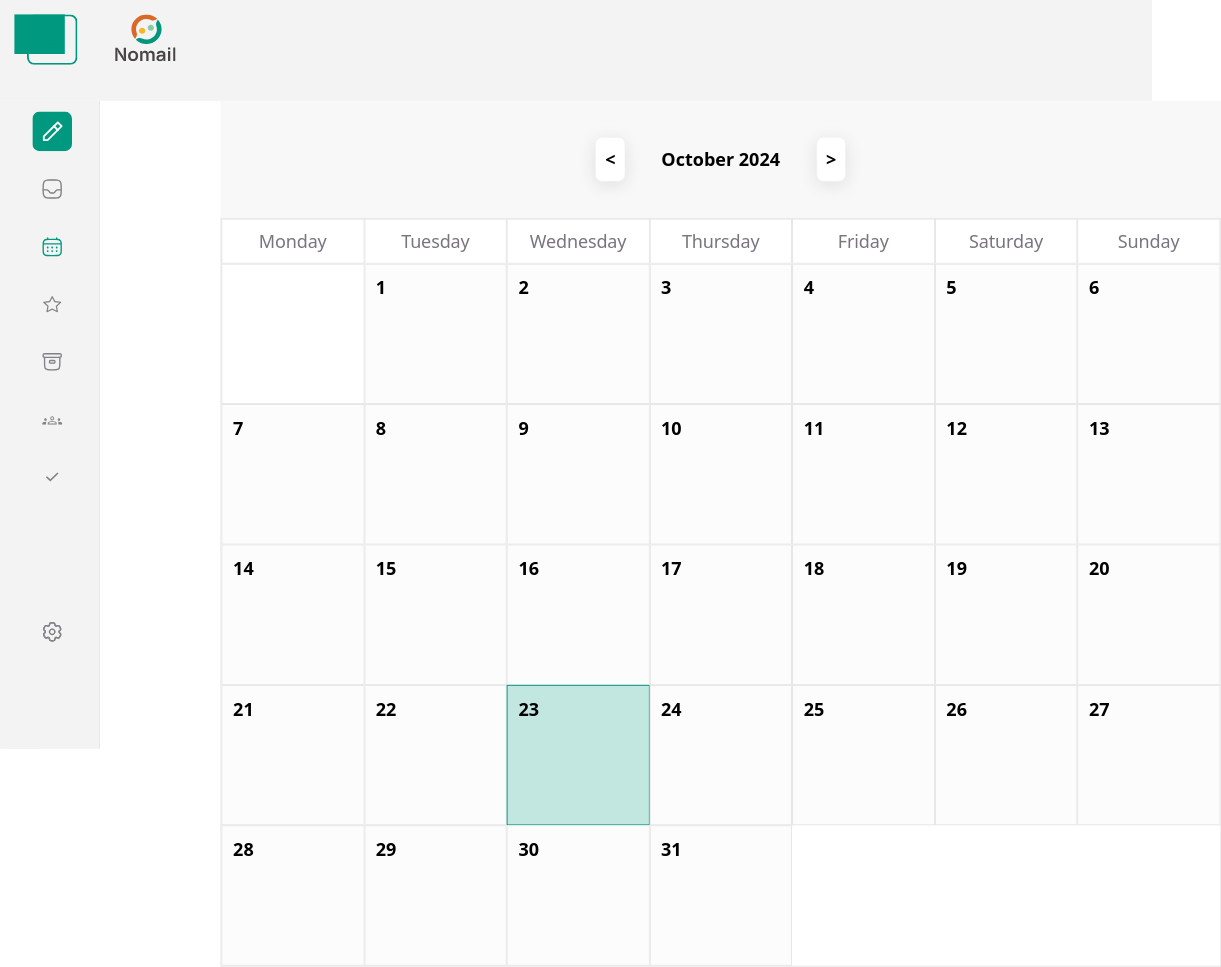
Repository: Tofigkh1/Nomail-App
Page: /calendar
These files come from the project's save history. The page is drawn as it stood at one moment and after the next save; the edit follows.
The browser window is 1280 px wide. The page is 1357 px wide, then 1280 px, so the pictures cover 1357 px, including what lies to the right of the window. The pictures show the whole page, at 90% of full size.
The project was rebuilt for these pictures with package versions that can differ from the ones it lists, and the page was loaded fresh each time. The framework's server and built-in components were replaced by stand-ins that run in the browser. Also part of the build but not shown: next.config.mjs, components/shared/svg/calendarSvg.jsx.

Above is the page before, as saved 2024-10-23 03:24:49.

### app/layout.tsx
import type { Metadata } from "next";
import localFont from "next/font/local";
import "./Styles/globals.css";
import Header from "@/components/shared/client/Header/header";

const geistSans = localFont({
  src: "./fonts/GeistVF.woff",
  variable: "--font-geist-sans",
  weight: "100 900",
});
const geistMono = localFont({
  src: "./fonts/GeistMonoVF.woff",
  variable: "--font-geist-mono",
  weight: "100 900",
});

export const metadata: Metadata = {
  title: "Create Next App",
  description: "Generated by create next app",
};

export default function RootLayout({
  children,
}: Readonly<{
  children: React.ReactNode;
}>) {
  return (
    <html lang="en">
      <body
        className={`${geistSans.variable} ${geistMono.variable} antialiased`}
      >
        {children}

      </body>
    </html>
  );
}

### app/Styles/globals.css
@tailwind base;
@tailwind components;
@tailwind utilities;


.App {
  font-family: sans-serif;
  text-align: center;
}


:root {
  --background: #ffffff;
  --foreground: #171717;
}

@media (prefers-color-scheme: dark) {
  :root {
    --background: #0a0a0a;
    --foreground: #ededed;
  }
}


@layer utilities {
  .text-balance {
    text-wrap: balance;
  }
}

### components/shared/client/Header/header.tsx
import { useContext } from "react";
import { SidebarContext } from '../SideBarMenu/sideBarMenu'; // Import context
import NomailLogo from "@/components/shared/svg/headerlLogoSvg";
import HamburgerBtnSvg from "../../svg/hamburgerBtnSvg"



export default function Header() {

    const { expanded, setExpanded } = useContext(SidebarContext); // Access context

    return (
        <div className="flex items-center justify-between p-4 bg-headerColor text-white">
            <div className='w-auto h-20 flex gap-14'>

                <div>
                    <button onClick={() => setExpanded(!expanded)}
                            className="pl-3.5 bg-textColorGreen hover:bg-clientButtonGreen w-14 h-11">
                        <HamburgerBtnSvg/>
                    </button>
                </div>

                <div>
                    <NomailLogo/>
                </div>


            </div>
        </div>
    );
}

### components/shared/client/SideBarMenu/sideBarMenu.tsx
import React, { useState, useContext, ReactNode } from "react";
import { ChevronFirst, ChevronLast } from "lucide-react";

export const SidebarContext = React.createContext<{ expanded: boolean; setExpanded: (expanded: boolean) => void; }>({
    expanded: false,
    setExpanded: () => {},
});

// Sidebar component now depends on context for state
export default function Sidebar({ children }: { children: ReactNode }) {
    const { expanded, setExpanded } = useContext(SidebarContext);

    return (
        <aside className="h-screen bg-headerColor">
            <nav
                className={`h-full flex flex-col bg-headerColor border-r border-whiteLight3 transition-all duration-200 ease-in-out ml-3 ${expanded ? "w-[127%] h-[130%] " : "w-[99px]"}`}>

                <ul className=" flex-1 px-3">{children}</ul>
            </nav>
        </aside>
    );
}

// SidebarItem component for individual items inside the sidebar
type SidebarItemProps = {
    icon: ReactNode;   // Icon to display in the sidebar item
    text: string;      // Text to display in the sidebar item
    active: boolean;   // Boolean to determine if the item is active (highlighted)
    onClick: () => void; // Add onClick function to handle clicks
    style?: React.CSSProperties;
};

export function SidebarItem({icon, text, active, onClick,style}: SidebarItemProps) {
    const context = useContext(SidebarContext); // Sidebar context to manage expanded/collapsed state
    const {expanded} = context!;

    return (
        <li
            onClick={onClick} // Attach the click handler here
            style={style}
            className={`group relative flex items-center py-2 px-3 my-1 font-medium rounded-md cursor-pointer duration-300 ease-in-out transition-colors
          ${
                active
                    ? " text-mainRedLight " // Active item style
                    : " text-gray-600 " // Hover style for non-active items
            }`}
        >

            <span className="text-xl transition-all duration-300 ease-in-out">
        {icon}
      </span>

            {/* Text büyütüldü ve boşluk artırıldı */}
            {expanded && (
                <span className="ml-4 text-xl text-black transition-all duration-300 ease-in-out ">
          {text}
        </span>
            )}

            {/* Navbar kapalıyken hover ile çıkan isimler için arka plan yeşil yapıldı */}
            {!expanded && (
                <span
                    className={` absolute left-full whitespace-nowrap bg-textColorGreen text-white rounded-md py-1 px-2 transition-all duration-300 ease-in-out ml-2 opacity-0 group-hover:opacity-100`}
                >
          {text}
        </span>
            )}
        </li>
    );
}

### components/shared/svg/newMail.jsx
'use client'
export default function  newMail(){
    return(
        <>
            <svg width="44" height="44" viewBox="0 0 44 44" fill="none" xmlns="http://www.w3.org/2000/svg">
                <rect width="44" height="44" rx="8" fill="#00987F"/>
                <path fill-rule="evenodd" clip-rule="evenodd"
                      d="M27.5115 11.2439C27.902 10.8534 28.5351 10.8534 28.9257 11.2438L33.1687 15.4863C33.3562 15.6739 33.4616 15.9282 33.4616 16.1935C33.4616 16.4587 33.3562 16.7131 33.1687 16.9006L17.6122 32.4571C17.4247 32.6446 17.1703 32.75 16.9051 32.75H12.6626C12.1103 32.75 11.6626 32.3023 11.6626 31.75V27.5075C11.6626 27.2423 11.768 26.9879 11.9555 26.8004L27.5115 11.2439ZM28.2187 13.3652L13.6626 27.9217V30.75H16.4909L31.0473 16.1935L28.2187 13.3652Z"
                      fill="white"/>
                <path fill-rule="evenodd" clip-rule="evenodd"
                      d="M23.269 15.4864C23.6595 15.0959 24.2927 15.0959 24.6832 15.4864L28.9257 19.7289C29.3162 20.1194 29.3162 20.7526 28.9257 21.1431C28.5352 21.5336 27.902 21.5336 27.5115 21.1431L23.269 16.9006C22.8784 16.5101 22.8784 15.8769 23.269 15.4864Z"
                      fill="white"/>
            </svg>


        </>
    )
}

### components/shared/svg/FavoritesSvg.jsx
'use client'
export default function  favoritesSvg(){
    return(
        <>
            <svg width="44" height="44" viewBox="0 0 44 44" fill="none" xmlns="http://www.w3.org/2000/svg">
                <path
                    d="M15.5808 30.2201C15.4833 30.7528 16.0307 31.1692 16.5132 30.9316L22.0006 28.2246L27.4868 30.9316C27.9693 31.1692 28.5168 30.7528 28.4193 30.2213L27.3818 24.5457L31.7842 20.5188C32.1967 20.142 31.9842 19.4533 31.4317 19.3789L25.3093 18.5438L22.5794 13.3517C22.5274 13.2465 22.4453 13.1576 22.3428 13.0953C22.2402 13.0331 22.1214 13 22 13C21.8787 13 21.7598 13.0331 21.6573 13.0953C21.5547 13.1576 21.4727 13.2465 21.4206 13.3517L18.6907 18.545L12.5683 19.3801C12.0171 19.4545 11.8033 20.1432 12.2146 20.52L16.6182 24.5469L15.5808 30.2225V30.2201ZM21.7119 26.8999L17.1045 29.1725L17.972 24.4245C17.9928 24.3152 17.9852 24.2026 17.9496 24.0969C17.914 23.9911 17.8517 23.8955 17.7682 23.8185L14.1358 20.4948L19.2007 19.8037C19.3054 19.788 19.4046 19.7484 19.4901 19.6883C19.5756 19.6281 19.6448 19.5492 19.6919 19.4581L21.9981 15.0688L24.3068 19.4581C24.354 19.5492 24.4232 19.6281 24.5086 19.6883C24.5941 19.7484 24.6934 19.788 24.7981 19.8037L29.863 20.4936L26.2306 23.8173C26.1469 23.8944 26.0844 23.9903 26.0488 24.0962C26.0133 24.2022 26.0057 24.315 26.0268 24.4245L26.8943 29.1725L22.2869 26.8999C22.1979 26.8555 22.0991 26.8324 21.9988 26.8324C21.8985 26.8324 21.8009 26.8555 21.7119 26.8999Z"
                    fill="#A4A4A9"/>
                <path
                    d="M15.5808 30.2201C15.4833 30.7528 16.0307 31.1692 16.5132 30.9316L22.0006 28.2246L27.4868 30.9316C27.9693 31.1692 28.5168 30.7528 28.4193 30.2213L27.3818 24.5457L31.7842 20.5188C32.1967 20.142 31.9842 19.4533 31.4317 19.3789L25.3093 18.5438L22.5794 13.3517C22.5274 13.2465 22.4453 13.1576 22.3428 13.0953C22.2402 13.0331 22.1214 13 22 13C21.8787 13 21.7598 13.0331 21.6573 13.0953C21.5547 13.1576 21.4727 13.2465 21.4206 13.3517L18.6907 18.545L12.5683 19.3801C12.0171 19.4545 11.8033 20.1432 12.2146 20.52L16.6182 24.5469L15.5808 30.2225V30.2201ZM21.7119 26.8999L17.1045 29.1725L17.972 24.4245C17.9928 24.3152 17.9852 24.2026 17.9496 24.0969C17.914 23.9911 17.8517 23.8955 17.7682 23.8185L14.1358 20.4948L19.2007 19.8037C19.3054 19.788 19.4046 19.7484 19.4901 19.6883C19.5756 19.6281 19.6448 19.5492 19.6919 19.4581L21.9981 15.0688L24.3068 19.4581C24.354 19.5492 24.4232 19.6281 24.5086 19.6883C24.5941 19.7484 24.6934 19.788 24.7981 19.8037L29.863 20.4936L26.2306 23.8173C26.1469 23.8944 26.0844 23.9903 26.0488 24.0962C26.0133 24.2022 26.0057 24.315 26.0268 24.4245L26.8943 29.1725L22.2869 26.8999C22.1979 26.8555 22.0991 26.8324 21.9988 26.8324C21.8985 26.8324 21.8009 26.8555 21.7119 26.8999Z"
                    fill="black" fill-opacity="0.2"/>
            </svg>


        </>
    )
}

### components/shared/svg/ArchiveSvg.jsx
'use client'
export default function archiveSvg(){
    return(
        <>
            <svg width="44" height="44" viewBox="0 0 44 44" fill="none" xmlns="http://www.w3.org/2000/svg">
                <path
                    d="M19 22C19 21.534 19 21.301 19.076 21.117C19.1777 20.8725 19.3723 20.6783 19.617 20.577C19.801 20.5 20.034 20.5 20.5 20.5H23.5C23.966 20.5 24.199 20.5 24.383 20.576C24.6275 20.6777 24.8217 20.8723 24.923 21.117C25 21.301 25 21.534 25 22C25 22.466 25 22.699 24.924 22.883C24.8223 23.1275 24.6277 23.3217 24.383 23.423C24.199 23.5 23.966 23.5 23.5 23.5H20.5C20.034 23.5 19.801 23.5 19.617 23.424C19.3725 23.3223 19.1783 23.1277 19.077 22.883C19 22.699 19 22.466 19 22Z"
                    stroke="#A4A4A9" stroke-width="1.5"/>
                <path
                    d="M19 22C19 21.534 19 21.301 19.076 21.117C19.1777 20.8725 19.3723 20.6783 19.617 20.577C19.801 20.5 20.034 20.5 20.5 20.5H23.5C23.966 20.5 24.199 20.5 24.383 20.576C24.6275 20.6777 24.8217 20.8723 24.923 21.117C25 21.301 25 21.534 25 22C25 22.466 25 22.699 24.924 22.883C24.8223 23.1275 24.6277 23.3217 24.383 23.423C24.199 23.5 23.966 23.5 23.5 23.5H20.5C20.034 23.5 19.801 23.5 19.617 23.424C19.3725 23.3223 19.1783 23.1277 19.077 22.883C19 22.699 19 22.466 19 22Z"
                    stroke="black" stroke-opacity="0.2" stroke-width="1.5"/>
                <path
                    d="M30.5 17V23C30.5 26.771 30.5 28.657 29.328 29.828C28.157 31 26.271 31 22.5 31H21.5C17.729 31 15.843 31 14.672 29.828C13.5 28.657 13.5 26.771 13.5 23V17"
                    stroke="#A4A4A9" stroke-width="1.5" stroke-linecap="round"/>
                <path
                    d="M30.5 17V23C30.5 26.771 30.5 28.657 29.328 29.828C28.157 31 26.271 31 22.5 31H21.5C17.729 31 15.843 31 14.672 29.828C13.5 28.657 13.5 26.771 13.5 23V17"
                    stroke="black" stroke-opacity="0.2" stroke-width="1.5" stroke-linecap="round"/>
                <path
                    d="M12 15C12 14.057 12 13.586 12.293 13.293C12.586 13 13.057 13 14 13H30C30.943 13 31.414 13 31.707 13.293C32 13.586 32 14.057 32 15C32 15.943 32 16.414 31.707 16.707C31.414 17 30.943 17 30 17H14C13.057 17 12.586 17 12.293 16.707C12 16.414 12 15.943 12 15Z"
                    stroke="#A4A4A9" stroke-width="1.5"/>
                <path
                    d="M12 15C12 14.057 12 13.586 12.293 13.293C12.586 13 13.057 13 14 13H30C30.943 13 31.414 13 31.707 13.293C32 13.586 32 14.057 32 15C32 15.943 32 16.414 31.707 16.707C31.414 17 30.943 17 30 17H14C13.057 17 12.586 17 12.293 16.707C12 16.414 12 15.943 12 15Z"
                    stroke="black" stroke-opacity="0.2" stroke-width="1.5"/>
            </svg>

        </>
    )
}

### components/shared/svg/TodoSvg.jsx
'use client'
export default function  todoSvg(){
    return(
        <>
            <svg width="44" height="44" viewBox="0 0 44 44" fill="none" xmlns="http://www.w3.org/2000/svg">
                <path d="M19.8957 27L15 22.2599L16.2239 21.0748L19.8957 24.6299L27.7761 17L29 18.185L19.8957 27Z"
                      fill="#A4A4A9"/>
                <path d="M19.8957 27L15 22.2599L16.2239 21.0748L19.8957 24.6299L27.7761 17L29 18.185L19.8957 27Z"
                      fill="black" fill-opacity="0.2"/>
            </svg>

        </>
    )
}

### components/shared/svg/calendarActiveSvg.jsx
'use client'
export default function  calendarActiveSvg(){
    return(
        <>



     <svg width="44" height="44" viewBox="0 0 44 44" fill="none" xmlns="http://www.w3.org/2000/svg">
<path fill-rule="evenodd" clip-rule="evenodd" d="M15.711 14.8898C14.7049 15.0251 14.1254 15.2789 13.7026 15.7021C13.2793 16.125 13.0251 16.7049 12.8898 17.711C12.7516 18.7386 12.75 20.0933 12.75 22V24C12.75 25.9067 12.7516 27.2614 12.8898 28.289C13.0251 29.2951 13.2789 29.8746 13.7021 30.2974C14.125 30.7207 14.7049 30.9749 15.711 31.1102C16.7386 31.2484 18.0933 31.25 20 31.25H24C25.9067 31.25 27.2614 31.2484 28.289 31.1102C29.2951 30.9749 29.8746 30.7211 30.2974 30.2979C30.7207 29.875 30.9749 29.2951 31.1102 28.289C31.2484 27.2614 31.25 25.9067 31.25 24V22C31.25 20.0933 31.2484 18.7386 31.1102 17.711C30.9749 16.7049 30.7211 16.1254 30.2979 15.7026C29.875 15.2793 29.2951 15.0251 28.289 14.8898C27.2614 14.7516 25.9067 14.75 24 14.75H20C18.0933 14.75 16.7386 14.7516 15.711 14.8898ZM19.9436 13.25H24.0564C25.8941 13.25 27.3497 13.25 28.489 13.4032C29.6612 13.5608 30.6101 13.893 31.3581 14.6414C32.1069 15.3896 32.4391 16.3386 32.5968 17.511C32.75 18.6503 32.75 20.1059 32.75 21.9436V24.0565C32.75 25.8941 32.75 27.3498 32.5968 28.489C32.4391 29.6613 32.1069 30.6102 31.3583 31.3583C30.6102 32.1069 29.6613 32.4391 28.489 32.5968C27.3498 32.75 25.8941 32.75 24.0565 32.75H19.9436C18.1059 32.75 16.6503 32.75 15.511 32.5968C14.3386 32.4391 13.3896 32.1069 12.6414 31.3581C11.893 30.6101 11.5608 29.6612 11.4032 28.489C11.25 27.3497 11.25 25.8941 11.25 24.0564V21.9436C11.25 20.1059 11.25 18.6503 11.4032 17.511C11.5609 16.3387 11.8931 15.3898 12.6417 14.6417C13.3898 13.8931 14.3387 13.5609 15.511 13.4032C16.6503 13.25 18.1059 13.25 19.9436 13.25Z" fill="#00987F"/>
<path fill-rule="evenodd" clip-rule="evenodd" d="M17 11.75C17.4142 11.75 17.75 12.0858 17.75 12.5V14C17.75 14.4142 17.4142 14.75 17 14.75C16.5858 14.75 16.25 14.4142 16.25 14V12.5C16.25 12.0858 16.5858 11.75 17 11.75ZM27 11.75C27.4142 11.75 27.75 12.0858 27.75 12.5V14C27.75 14.4142 27.4142 14.75 27 14.75C26.5858 14.75 26.25 14.4142 26.25 14V12.5C26.25 12.0858 26.5858 11.75 27 11.75ZM11.75 19C11.75 18.5858 12.0858 18.25 12.5 18.25H31.5C31.9142 18.25 32.25 18.5858 32.25 19C32.25 19.4142 31.9142 19.75 31.5 19.75H12.5C12.0858 19.75 11.75 19.4142 11.75 19Z" fill="#00987F"/>
<path d="M28 27C28 27.2652 27.8946 27.5196 27.7071 27.7071C27.5196 27.8946 27.2652 28 27 28C26.7348 28 26.4804 27.8946 26.2929 27.7071C26.1054 27.5196 26 27.2652 26 27C26 26.7348 26.1054 26.4804 26.2929 26.2929C26.4804 26.1054 26.7348 26 27 26C27.2652 26 27.5196 26.1054 27.7071 26.2929C27.8946 26.4804 28 26.7348 28 27ZM28 23C28 23.2652 27.8946 23.5196 27.7071 23.7071C27.5196 23.8946 27.2652 24 27 24C26.7348 24 26.4804 23.8946 26.2929 23.7071C26.1054 23.5196 26 23.2652 26 23C26 22.7348 26.1054 22.4804 26.2929 22.2929C26.4804 22.1054 26.7348 22 27 22C27.2652 22 27.5196 22.1054 27.7071 22.2929C27.8946 22.4804 28 22.7348 28 23ZM23 27C23 27.2652 22.8946 27.5196 22.7071 27.7071C22.5196 27.8946 22.2652 28 22 28C21.7348 28 21.4804 27.8946 21.2929 27.7071C21.1054 27.5196 21 27.2652 21 27C21 26.7348 21.1054 26.4804 21.2929 26.2929C21.4804 26.1054 21.7348 26 22 26C22.2652 26 22.5196 26.1054 22.7071 26.2929C22.8946 26.4804 23 26.7348 23 27ZM23 23C23 23.2652 22.8946 23.5196 22.7071 23.7071C22.5196 23.8946 22.2652 24 22 24C21.7348 24 21.4804 23.8946 21.2929 23.7071C21.1054 23.5196 21 23.2652 21 23C21 22.7348 21.1054 22.4804 21.2929 22.2929C21.4804 22.1054 21.7348 22 22 22C22.2652 22 22.5196 22.1054 22.7071 22.2929C22.8946 22.4804 23 22.7348 23 23ZM18 27C18 27.2652 17.8946 27.5196 17.7071 27.7071C17.5196 27.8946 17.2652 28 17 28C16.7348 28 16.4804 27.8946 16.2929 27.7071C16.1054 27.5196 16 27.2652 16 27C16 26.7348 16.1054 26.4804 16.2929 26.2929C16.4804 26.1054 16.7348 26 17 26C17.2652 26 17.5196 26.1054 17.7071 26.2929C17.8946 26.4804 18 26.7348 18 27ZM18 23C18 23.2652 17.8946 23.5196 17.7071 23.7071C17.5196 23.8946 17.2652 24 17 24C16.7348 24 16.4804 23.8946 16.2929 23.7071C16.1054 23.5196 16 23.2652 16 23C16 22.7348 16.1054 22.4804 16.2929 22.2929C16.4804 22.1054 16.7348 22 17 22C17.2652 22 17.5196 22.1054 17.7071 22.2929C17.8946 22.4804 18 22.7348 18 23Z" fill="#00987F"/>
</svg>



        </>
    )
}

### components/shared/svg/hamburgerBtnSvg.jsx
'use client'
export default function  HamburgerBtnSvg(){
    return(
        <>
            <svg width="56" height="56" viewBox="0 0 56 56" fill="none" xmlns="http://www.w3.org/2000/svg">
                <rect x="1" y="1" width="54" height="54" rx="7" stroke="#00987F" stroke-width="2"/>
                <path d="M19 22H37V24H19V22ZM19 27H37V29H19V27ZM19 32H37V34H19V32Z" fill="#00987F"/>
            </svg>


        </>
    )
}

### components/shared/client/Calendar/Calendar.css
.calendar-container {
    width: 90%;
    background-color: #f8f8f8;
    color: black;
    margin: 0 auto;
    margin-left: 200px;
  }

  .calendar-header {
    display: flex;
    justify-content: center;
    align-items: center;
    gap: 40px;
    padding: 40px 0;
  }

  .calendar-header button {
    background-color: white;
    color: black;
    border-radius: 8px;
    border: 1px solid #f2f2f7;
    padding: 10px;
    cursor: pointer;
    box-shadow: 0px 4px 20px 0px rgba(0, 0, 0, 0.1);
  }

  .calendar-header span {
    font-weight: bold;
  }

  .calendar-grid {
    display: grid;
    grid-template-columns: repeat(7, 1fr);
    justify-content: center;
    align-items: center;
    border: 1px solid #e5e5e5;
    background-color: #fff;
  }

  .calendar-day-name {
    font-size: 20px;
    font-style: normal;
    font-weight: 400;
    letter-spacing: -0.15px;
    color: #79747e;
    padding: 10px;
    border: 1px solid #e5e5e5;
    width: 100%;
    text-align: center;
  }

  .calendar-day {
    background-color: #f0f0f0;
    text-align: center;
    cursor: pointer;
    display: flex;
    width: 100%;
    border: 1px solid #e5e5e5;
    padding: 12px;
    height: 156px;
    flex-direction: column;
    align-items: flex-start;
    background-color: #fcfcfc;
  }
  .calendar-day:hover {
    background-color: #e5e5ea;
  }

  .calendar-day.today {
    border: 1px solid #00987f;
    background-color: #00987f3d;
  }

  .calendar-day.empty {
    background-color: transparent;
    cursor: default;
  }

  .calendar-popup {
    position: fixed;
    top: 20%;
    left: 50%;
    transform: translate(-50%, 0);
    background-color: white;
    border: 1px solid #ddd;
    box-shadow: 0 2px 10px rgba(0, 0, 0, 0.1);
    z-index: 1000;
    display: flex;
    flex-direction: column;
    gap: 5px;
  }

  .popup-header {
    width: 100%;
    display: flex;
    justify-content: space-between;
    box-shadow: 2px 2px 40px 0px rgba(0, 0, 0, 0.16);
    padding: 10px;
  }

  .discard-btn,
  .save-btn {
    background-color: #fff;
    border: none;
    padding: 5px 10px;
    cursor: pointer;
    font-size: 14px;
    border-radius: 4px;
  }
  .popup-external {
    display: flex;
    justify-content: space-between;
    align-items: center;
  }
  .save-btn {
    background-color: #00987f;
    color: white;
    display: flex;
    align-items: center;
    justify-content: space-between;
    gap: 5px;
    padding: 7.5px 8px;
  }

  .discard-btn {
    color: white;
    display: flex;
    align-items: flex-start;
    gap: 8px;
    color: black;
  }

  .popup-content {
    display: flex;
    flex-direction: column;
    gap: 10px;
    padding: 10px;
  }
  .firstContainer {
    display: flex;
    justify-content: center;
    gap: 10px;
    padding: 10px;
  }
  .secondContainer {
    display: flex;
    align-items: center;
    gap: 10px;
    padding: 10px;
  }
  .thirdContainer {
    display: flex;
    align-items: center;
    gap: 10px;
    padding: 10px;
  }
  .inputContainers {
    display: flex;
    gap: 10px;
  }
  .dateInput {
    padding: 5px;
    border: 1px solid #e5e5e5;
    border-radius: 10px;
  }
  .timeInput {
    padding: 5px;
    border: 1px solid #e5e5e5;
    border-radius: 10px;
  }
  .textAreaInput {
      padding: 5px;
      width: 100%;
  }
  .textAreaInput:focus {
      outline: none;
      border-bottom: 2px solid #00987f;
  }
  .textInput {
      padding: 5px;
  }
  .textInput:focus {
      outline: none;
      border-bottom: 2px solid #00987f;
  }
  .event-list {
      width: 100%;
      height: 100%;
      display: flex;
      align-items: end;
  }
  .event-item {
      display: flex;
      justify-content: space-between;
      align-items: center;
      width: 100%;
  }
  .goldenText {
      color: #FFC531;
  }


  /* Toggle düğmesi (switch) stil */
  .switch {
      position: relative;
      display: inline-block;
      width: 50px;
      height: 24px;
    }

    /* Gizlenen varsayılan checkbox */
    .switch input {
      opacity: 0;
      width: 0;
      height: 0;
    }

    /* Slider stil (toggle kısmı) */
    .slider {
      position: absolute;
      cursor: pointer;
      top: 0;
      left: 0;
      right: 0;
      bottom: 0;
      background-color: #ccc;
      transition: 0.4s;
      border-radius: 34px;
    }

    .slider:before {
      position: absolute;
      content: "";
      height: 20px;
      width: 20px;
      left: 4px;
      bottom: 2px;
      background-color: white;
      transition: 0.4s;
      border-radius: 50%;
    }

    /* Checkbox checked olunca stil */
    input:checked + .slider {
      background-color: #2196F3;
    }

    /* Toggle yuvarlağının sağa geçmesi */
    input:checked + .slider:before {
      transform: translateX(26px);
    }

    /* Slider yuvarlatılmış köşeler */
    .slider.round {
      border-radius: 34px;
    }

    .slider.round:before {
        border-radius:50%;
}

### tailwind.config.ts
import type { Config } from "tailwindcss";

const config: Config = {
  content: [
    "./pages/**/*.{js,ts,jsx,tsx,mdx}",
    "./components/**/*.{js,ts,jsx,tsx,mdx}",
    "./app/**/*.{js,ts,jsx,tsx,mdx}",
  ],
  theme: {
    extend: {
      colors: {
        background: "var(--background)",
        foreground: "var(--foreground)",
        headerColor: "#F3F3F3",
        textColorGreen: "#00987F",
        textGray: "#A4A4A9",
        sideBarColor: "#E5E5E5",
        textColGreen: "#00987F",
        bordersColor: "#D1D1D6"
      },
    },
  },
  plugins: [],
};
export default config;

Loaded but not shown: components/shared/svg/settingSvg.jsx (25 lines, source omitted); components/shared/client/Calendar/index.jsx (361 lines, source omitted); components/shared/svg/InboxSvg.jsx (17 lines, source omitted); components/shared/svg/groupSvg.jsx (17 lines, source omitted); components/shared/svg/headerlLogoSvg.jsx (38 lines, source omitted); app/calendar/page.tsx (100 lines, source omitted)

After the next save:
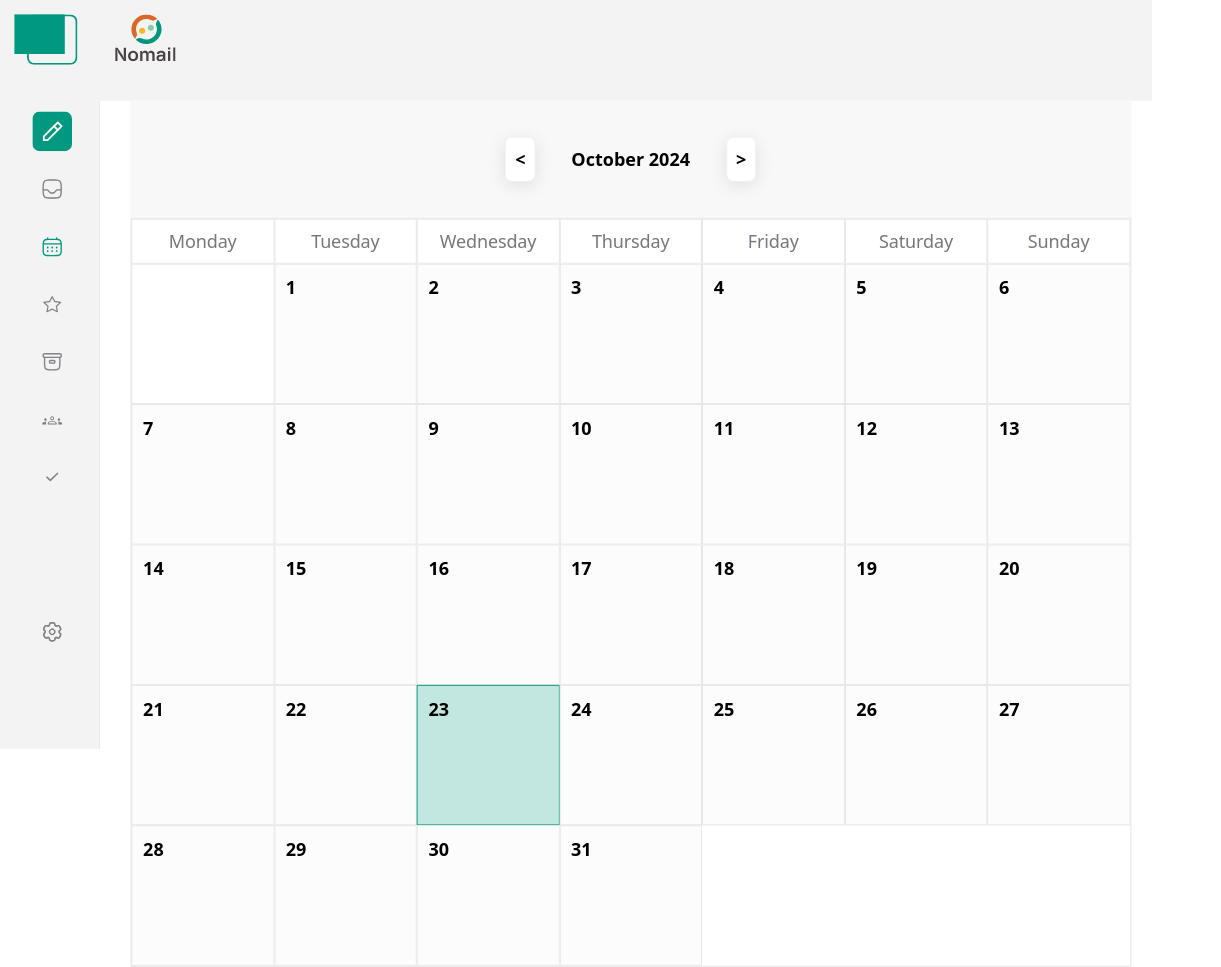
Saved 5 s later.
--- a/components/shared/client/Calendar/Calendar.css
+++ b/components/shared/client/Calendar/Calendar.css
@@ -3,7 +3,7 @@
     background-color: #f8f8f8;
     color: black;
     margin: 0 auto;
-    margin-left: 200px;
+    margin-left: 100px;
   }
 
   .calendar-header {
